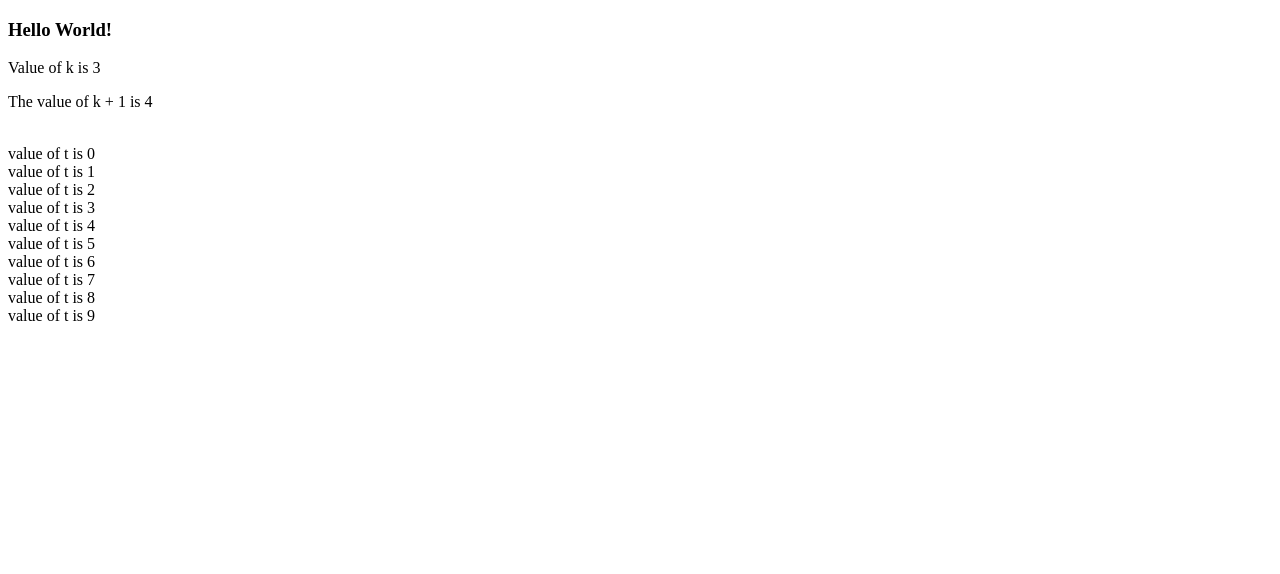
Repository: Seattle-Community-Android-Development/CodeBlog
Page: http://localhost/SimpleServletProject/test.jsp
These files come from the project's save history. The page is drawn as it stood at one moment and after the next save; the edit follows.
The browser window is 1280 px wide. The pictures show the whole page.
The page is served by Tomcat 9.

Above is the page before, as saved 2013-09-08 18:02:48.

After the next save:
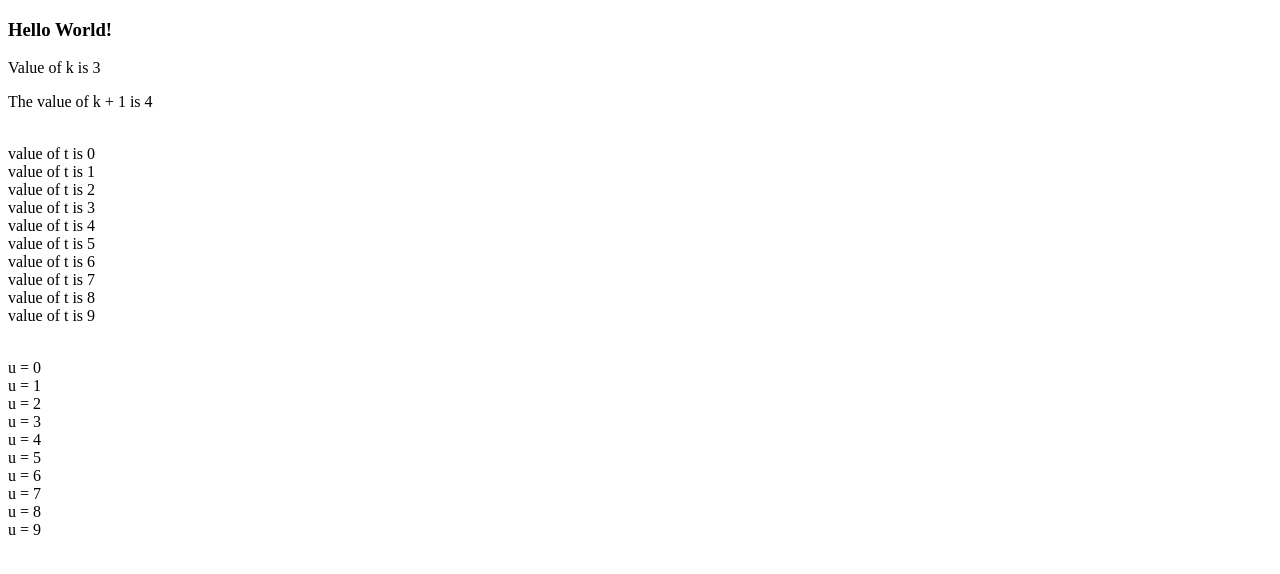
Saved 75 s later.
--- a/workspace/SimpleServletProject/WebContent/test.jsp
+++ b/workspace/SimpleServletProject/WebContent/test.jsp
@@ -35,5 +35,15 @@
 			}
 		%>
 	</p>
+
+		<p>
+		<%
+			for (int u = 0; u < 10; u++) {
+		%>
+
+		<br> u = <%=u %>
+
+		<% } %>
+	</p>
 </body>
 </html>
